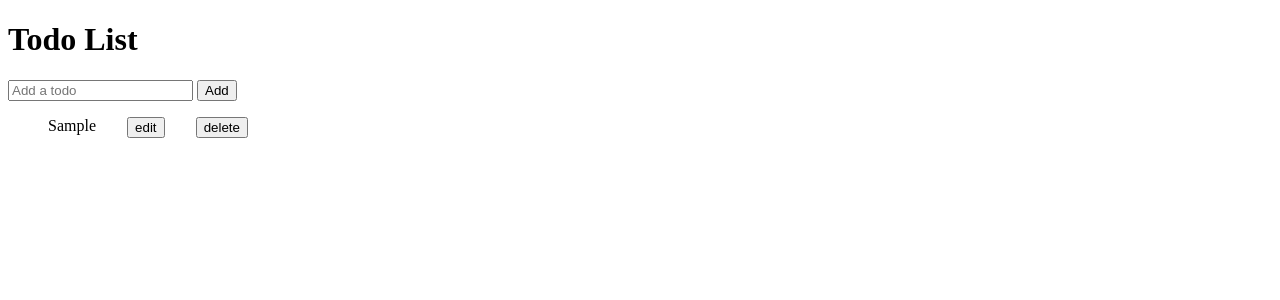
Repository: ble-syn/Todo-list
Page: index.html
The author's editor kept a copy of each file at every save. The page is drawn from the files as they stood at one save, then again after the next save.
The browser window is 1280 px wide. The pictures show the whole page.
Empty fields were first filled with sample values (such as "Sample", 5 or name@example.com).
After loading, the first visible `button` was clicked once.

Above is the page before, as saved 2022-10-25 18:45:42.

### index.html
<!DOCTYPE html>
<html lang="en">
<head>
    <meta charset="UTF-8">
    <meta http-equiv="X-UA-Compatible" content="IE=edge">
    <meta name="viewport" content="width=device-width, initial-scale=1.0">
    <title>Todo List</title>
</head>
<body>

    <main>
        <h1>Todo List</h1>
            <input type="text" name="todo" placeholder="Add a todo">
            <button>Add</button>
            <ul id="list"></ul>
    </main>

    <script src="app.js"></script>
</body>
</html>

### app.js
const todo = document.querySelector("input");
const button = document.querySelector("button");
let todoList = document.querySelector("#list");


function render() {
  let items;
  const getLocalStorage = JSON.parse(localStorage.getItem("todos"));
  let new_div = '';
  // if (getLocalStorage != null) {
    getLocalStorage.forEach((element,index) => {
      new_div += `
              <li class="li" style="display: flex; justify-content: space-between; width: 200px;">
                  <span>${element}</span>
                  <button id="del" onclick="editFunc(${index})">edit</button>
                  <button id="del" onclick="delFunc(${index})">delete</button>
              </li>
          `;
    });
  // }

  todoList.innerHTML = new_div;

}

function delFunc(index) {

  let getLocalStorage = JSON.parse(localStorage.getItem("todos"));
  getLocalStorage.splice(index, 1);//remove it

  localStorage.setItem("todos", JSON.stringify(getLocalStorage));

  render()

}

button.addEventListener("click", () => {
  const value = todo.value;
  if (value === "") {
    return;
  }

  let items = localStorage.getItem("todos");
  if (items === null) {
    localStorage.setItem("todos", JSON.stringify([value]));
  }else{
    let getLocalStorage = JSON.parse(localStorage.getItem("todos"));
    getLocalStorage.push(value);
    localStorage.setItem("todos", JSON.stringify(getLocalStorage));
  }


  render();
  todo.value = "";

});

After the next save:
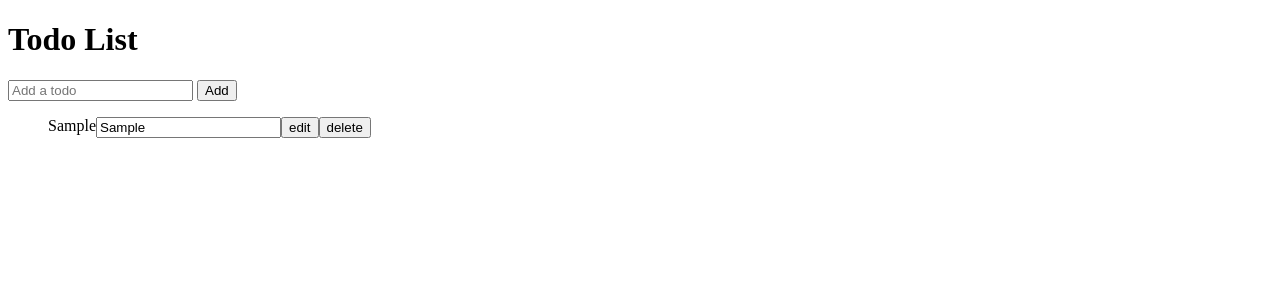
Saved 3 min 47 s later.
--- a/app.js
+++ b/app.js
@@ -12,6 +12,9 @@ function render() {
       new_div += `
               <li class="li" style="display: flex; justify-content: space-between; width: 200px;">
                   <span>${element}</span>
+                  <span>
+                    <input value="${element}"/>
+                  </span>
                   <button id="del" onclick="editFunc(${index})">edit</button>
                   <button id="del" onclick="delFunc(${index})">delete</button>
               </li>
